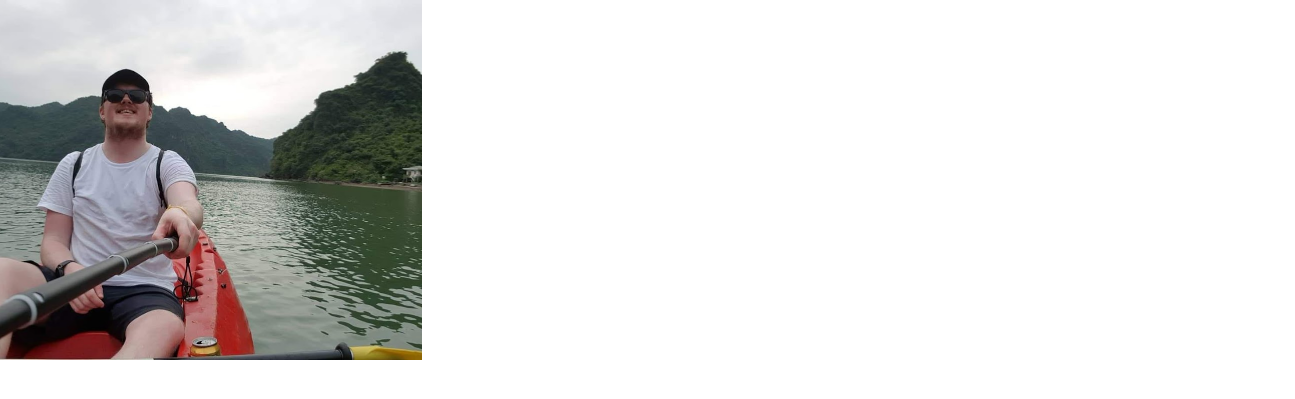
Repository: JaySanders95/my-online-resume
Page: index.html
The author's editor kept a copy of each file at every save. The page is drawn from the files as they stood at one save, then again after the next save.
The browser window is 1280 px wide. The page is 1295 px wide, so the pictures cover 1295 px, including what lies to the right of the window. The pictures show the whole page.
Some web fonts or font styles are not loaded; a fallback is used.

Above is the page before, as saved 2023-04-17 17:01:19.

### index.html
<!DOCTYPE html>
<html lang="en">
<head>
    <meta charset="UTF-8">
    <meta http-equiv="X-UA-Compatible" content="IE=edge">
    <meta name="viewport" content="width=device-width, initial-scale=1.0">
    <link rel="stylesheet" href="https://cdn.jsdelivr.net/npm/@fortawesome/fontawesome-free@6.2.1/css/fontawesome.min.css" integrity="sha384-QYIZto+st3yW+o8+5OHfT6S482Zsvz2WfOzpFSXMF9zqeLcFV0/wlZpMtyFcZALm" crossorigin="anonymous">
    <link rel="stylesheet" href="https://cdn.jsdelivr.net/npm/bootstrap@4.6.2/dist/css/bootstrap.min.css" integrity="sha384-xOolHFLEh07PJGoPkLv1IbcEPTNtaed2xpHsD9ESMhqIYd0nLMwNLD69Npy4HI+N" crossorigin="anonymous">
    <link rel="stylesheet" href="assets/css/style.css">
    <title>James Sanders' Resume</title>
</head>
<body>
    <header>
        <div class="row">
            <a href="index.html" class="col-md-4 logo">

            </a>
            <div class="col-md-8">

            </div>
        </div>
    </header>
    <section>

    </section>
    <footer>

    </footer>
</body>
</html>

### assets/css/style.css
@import url('https://fonts.googleapis.com/css2?family=Anuphan:100,200,300,400,500,600,700wght@300&family=Exo:100,200,300,400,500,600,700ital,wght@1,300&display=swap');
.bg-color-name-title {
    background-color:#676767;
}

header {
    margin: 0;
}

.heading {
    margin-left: 50px;
}

.logo {
    background: url(../images/me.png);
    background-position: center;
    background-repeat: no-repeat;
    background-size: cover;
    min-height: 360px;
    transition: all .5s ease-in-out;
    -moz-transition: all .5s ease-in-out;
    -webkit-transition: all .5s ease-in-out;
}

.name {
    font-family: "";
}

body {
    font-family: 'Anuphan', sans-serif;
}

After the next save:
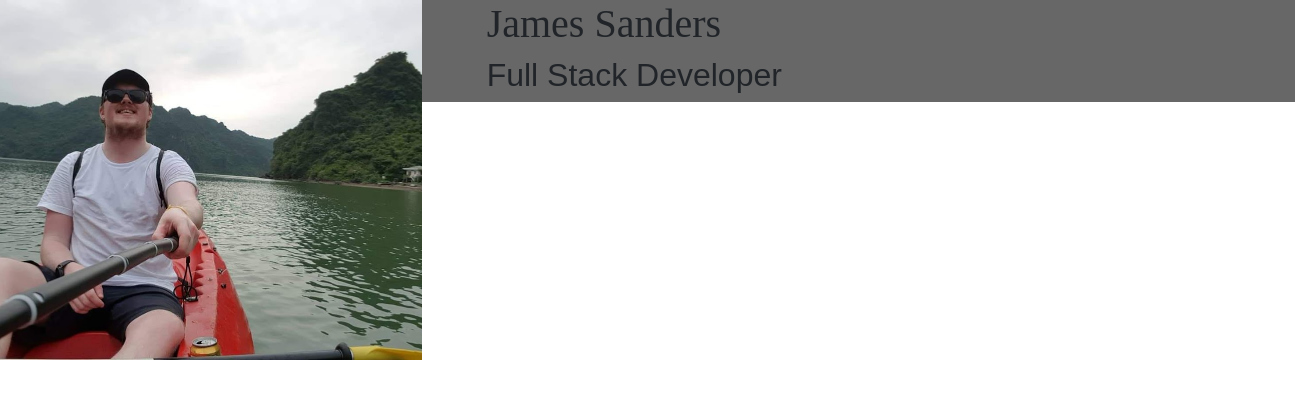
Saved 10 s later.
--- a/index.html
+++ b/index.html
@@ -16,6 +16,13 @@
 
             </a>
             <div class="col-md-8">
+                <div class="row bg-color-name-title">
+                    <div class="col heading">
+                        <h1 class="name">James Sanders</h1>
+                        <h2 class="title">Full Stack Developer</h2>
+
+                    </div>
+                </div>
 
             </div>
         </div>
